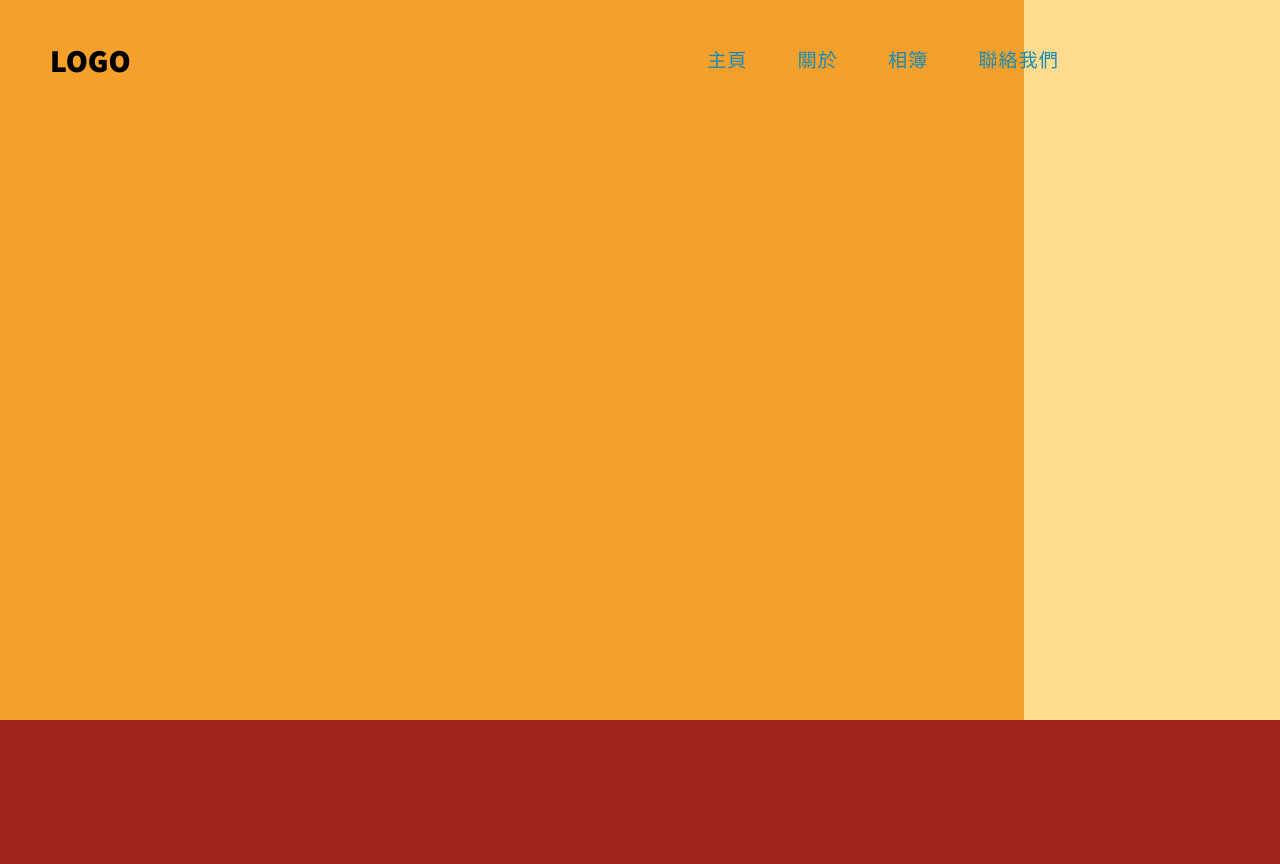
Repository: KevinYu0515/guanghui-food-website
Page: /
An editor plug-in stored every save of this project. The page is shown before and after a run of saves, followed by the edit.
The browser window is 1280 px wide. The pictures show the whole page.
The project was rebuilt for these pictures with package versions that can differ from the ones it lists, and the page was loaded fresh each time. Also part of the build but not shown: vue.config.js.

Above is the page before, as saved 2022-03-17 14:44:26.

### src/App.vue
<template>
  <div class="app">
    <Navbar></Navbar>
      <router-view/>
    <Footer></Footer>
  </div>
</template>

<script>
import Navbar from './components/Navbar.vue';
import Footer from './components/Footer.vue';
export default {
  name:"App",
  components:{
    Navbar,
    Footer
  }
}
</script>

<style lang="scss">
@import url('https://fonts.googleapis.com/css2?family=Assistant:wght@800&family=Quicksand&family=Ubuntu&display=swap');
* {
  font-family: 'Assistant', Helvetica, Arial, sans-serif;
  background-color: #FEDB8E;
  justify-content: center;
  align-items: center;
  margin:0;
}
</style>

### src/router/index.js
import { createRouter, createWebHistory } from 'vue-router'
import Home from '../views/Home.vue'

const routes = [
  {
    path: '/',
    name: 'Home',
    component: Home
  },
  {
    path: '/home',
    component: Home
  },
  {
    path: '/about',
    name: 'About',
    component: Home
  },
  {
    path: '/picture',
    name: 'Picture',
    component: Home
  },
  {
    path: '/contact',
    name: 'Contact',
    component: Home
  }
]

const router = createRouter({
  history: createWebHistory(process.env.BASE_URL),
  routes
})

export default router

### src/components/Navbar.vue
<template>
    <div id="header">
      <router-link to="/" class="logo">Logo</router-link>
      <ul>
          <li><router-link to="/home">主頁</router-link> </li>
          <li><router-link to="/about">關於</router-link> </li>
          <li><router-link to="/picture">相簿</router-link> </li>
          <li><router-link to="/contact">聯絡我們</router-link> </li>
      </ul>
    </div>
</template>

<script>
export default {
  name: 'Navbar',
}
</script>

<!-- Add "scoped" attribute to limit CSS to this component only -->
<style scoped lang="scss">
@import "@/assets/scss/navbar.scss";
</style>

### src/components/Footer.vue
<template>
  <div class="footer">
  </div>
</template>

<script>
export default {
 name:'Footer',
}
</script>

<style>
.footer{
    background:#9E261B;
    height:20vh;
    width: 100%;
}
</style>

### src/views/Home.vue
<template>
  <div class='home'>
  </div>
</template>

<script>

export default {
  name: 'Home',
}
</script>

<style lang="scss" scoped>
.home{
  background: #F5A02A;
  width: 80%;
  height: 100vh;
}
.home_picture{
  height:80%;
  width:80%;
}
</style>

### src/assets/scss/navbar.scss

#header{
    position: fixed;
    top: 0;
    left:0;
    width:80%;
    height: 80px;
    padding: 20px 100px 0px 50px;
    display: flex;
    justify-content: space-between;
    align-items: center;
    background: none;
    .logo{
      color:rgb(0, 0, 0);
      font-weight: 700;
      text-decoration: none;
      font-size:2em;
      text-transform: uppercase;
      background: none;
    }
    ul{
      display: flex;
      justify-content: center;
      align-items: center;
      background: none;
      li{
        list-style: none;
        margin-left: 20px;
        background: none;
        a{
            color:rgb(27, 138, 179);
            background: none;
            height:50px;
            line-height: 50px;
            display: inline-block;
            text-decoration: none;
            font-size: 1.2em;
            padding: 0 15px;
            letter-spacing: 1px;
            cursor: pointer;
            &:hover{
                color:aliceblue;
                border-radius: 20px;
                background-color: #AF3314;
            }
          }
          a.router-link-exact-active{
              color: #e73727;
          }
        }
      }
  }

Loaded but not shown: public/index.html (common file); src/main.js (common file)

After the next 3 saves:
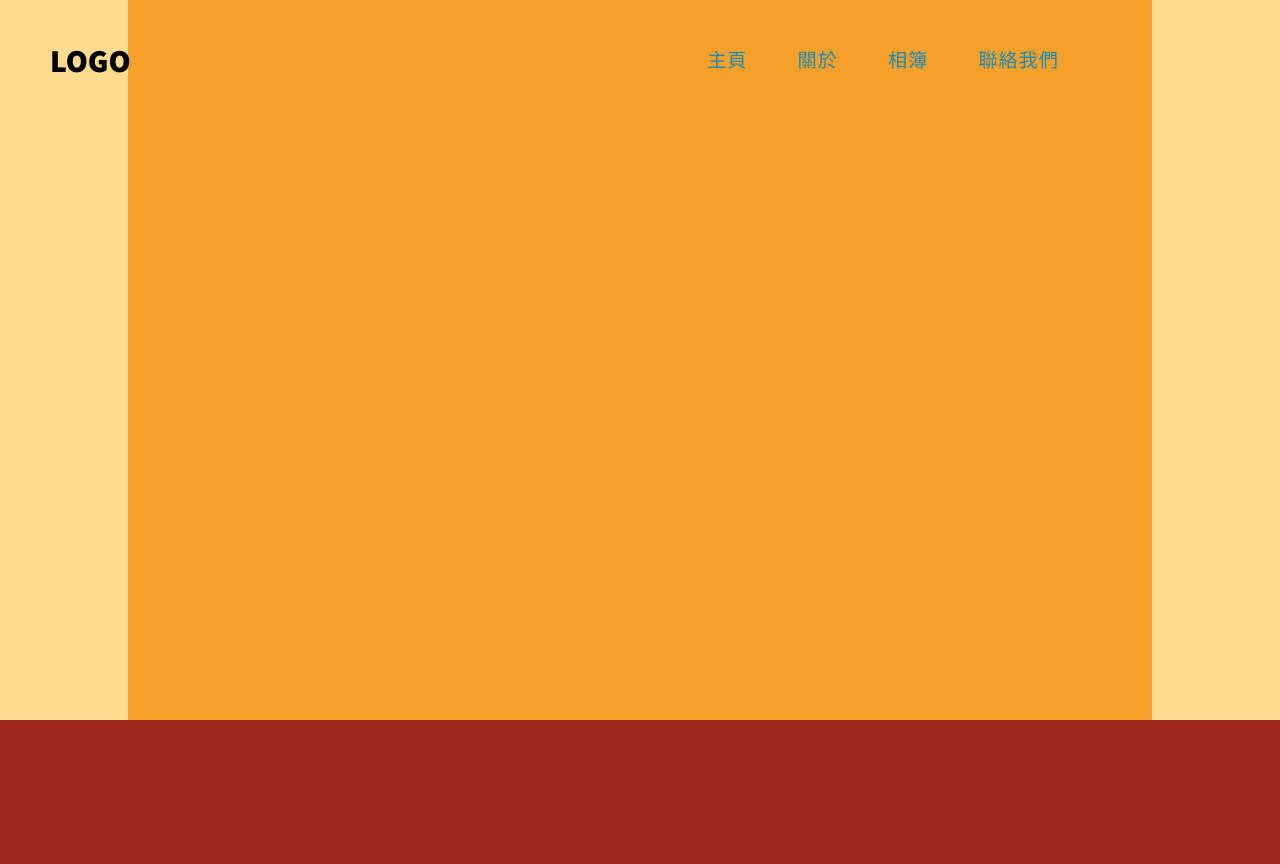
The 3 saves are shown as one change because 1 did not build or start and some came seconds apart.
The last was saved 15 s later.
--- a/src/views/Home.vue
+++ b/src/views/Home.vue
@@ -12,6 +12,7 @@ export default {
 
 <style lang="scss" scoped>
 .home{
+  margin: 0 auto 0 auto;
   background: #F5A02A;
   width: 80%;
   height: 100vh;
